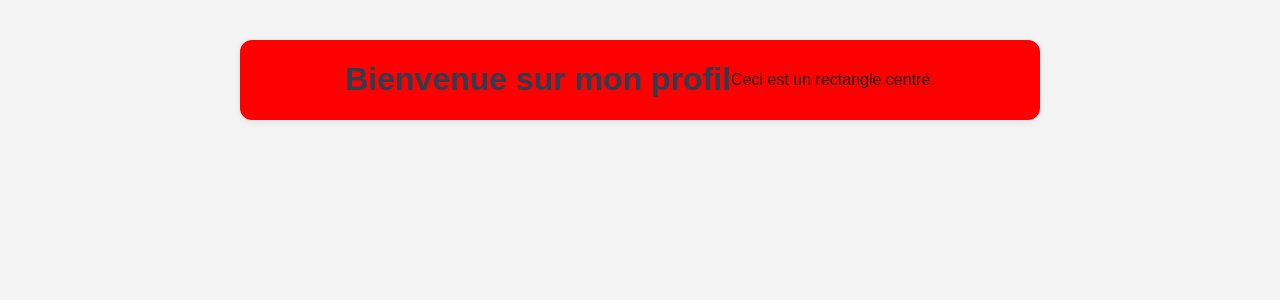
Repository: quadrinex/profile
Page: index.html
An editor plug-in stored every save of this project. The page is shown before and after the next save, followed by the edit.
The browser window is 1280 px wide. The pictures show the whole page.

Above is the page before, as saved 2025-06-30 16:05:18.

### index.html
<!DOCTYPE html>
<html lang="fr">
<head>
    <meta charset="UTF-8">
    <meta name="viewport" content="width=device-width, initial-scale=1.0">
    <title>Mon Profil</title>
    <link rel="stylesheet" href="main.css">
</head>
<body>
    <!-- ...votre contenu ici... -->
    <div class="container">
        <h1>Bienvenue sur mon profil</h1>
        <p>Ceci est un rectangle centré.</p>
    </div>
</body>
</html>

### main.css
body {
    font-family: Arial, sans-serif;
    background: #f4f4f4;
    margin: 0;
    padding: 0;
    color: #222;
}

h1, h2, h3 {
    color: #2c3e50;
}

a {
    color: #3498db;
    text-decoration: none;
}

a:hover {
    text-decoration: underline;
}

.container {
    max-width: 800px;
    margin: 40px auto;
    background: #ff0000;
    border-radius: 12px;
    box-shadow: 0 2px 8px rgba(0,0,0,0.08);
    display: flex;
    justify-content: center;
    align-items: center;
}

After the next save:
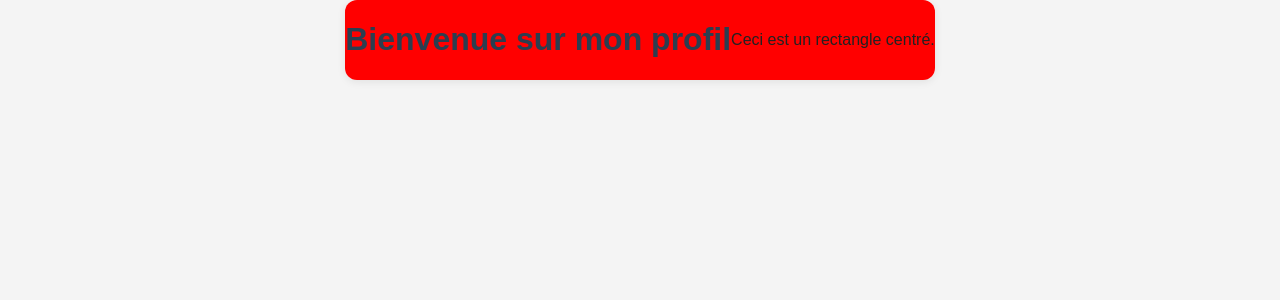
Saved 43 s later.
--- a/main.css
+++ b/main.css
@@ -20,8 +20,8 @@ a:hover {
 }
 
 .container {
-    max-width: 800px;
-    margin: 40px auto;
+    max-width: fit-content;
+    margin: auto;
     background: #ff0000;
     border-radius: 12px;
     box-shadow: 0 2px 8px rgba(0,0,0,0.08);
